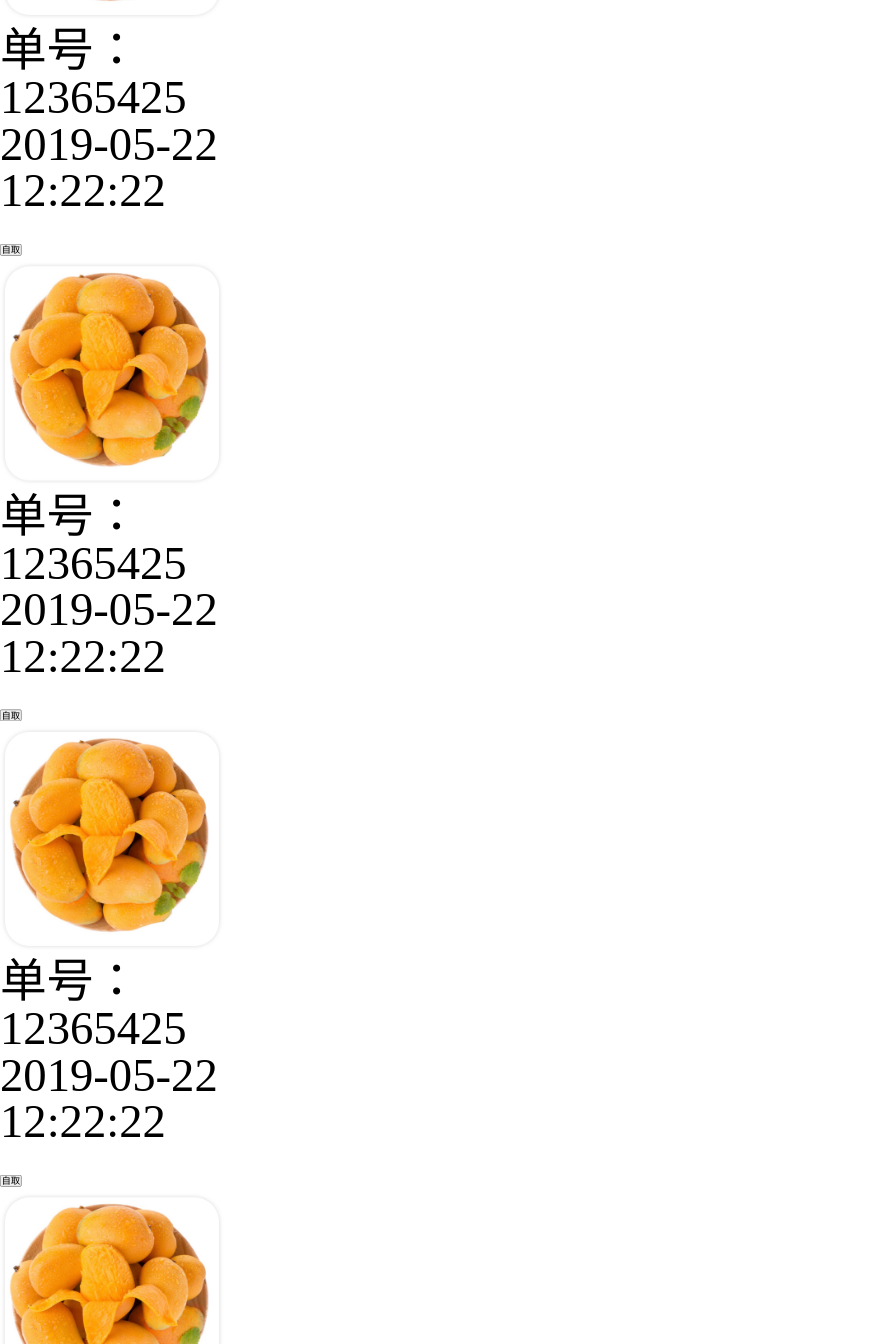
Repository: missing-star/fruit
Page: index.html
These files come from the project's save history. The page is drawn as it stood at one moment and after the next save; the edit follows.
The browser window is 1280 px wide. The pictures show the part of the page from y = 488 to 2408 px (the page is 13497 px tall before and 720 px after), at 70% of full size.

Above is the page before, as saved 2019-07-12 16:24:31.

After the next save:
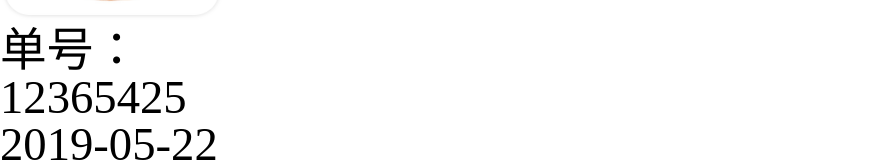
Saved 29 s later.
--- a/css/index.css
+++ b/css/index.css
@@ -348,3 +348,8 @@ li.tab-item.active:after{
 .order-list-wrapper {
     height: 92%;
 }
+ul.accept-wrapper {
+    width: 100%;
+    height: 100%;
+    overflow: auto;
+}
